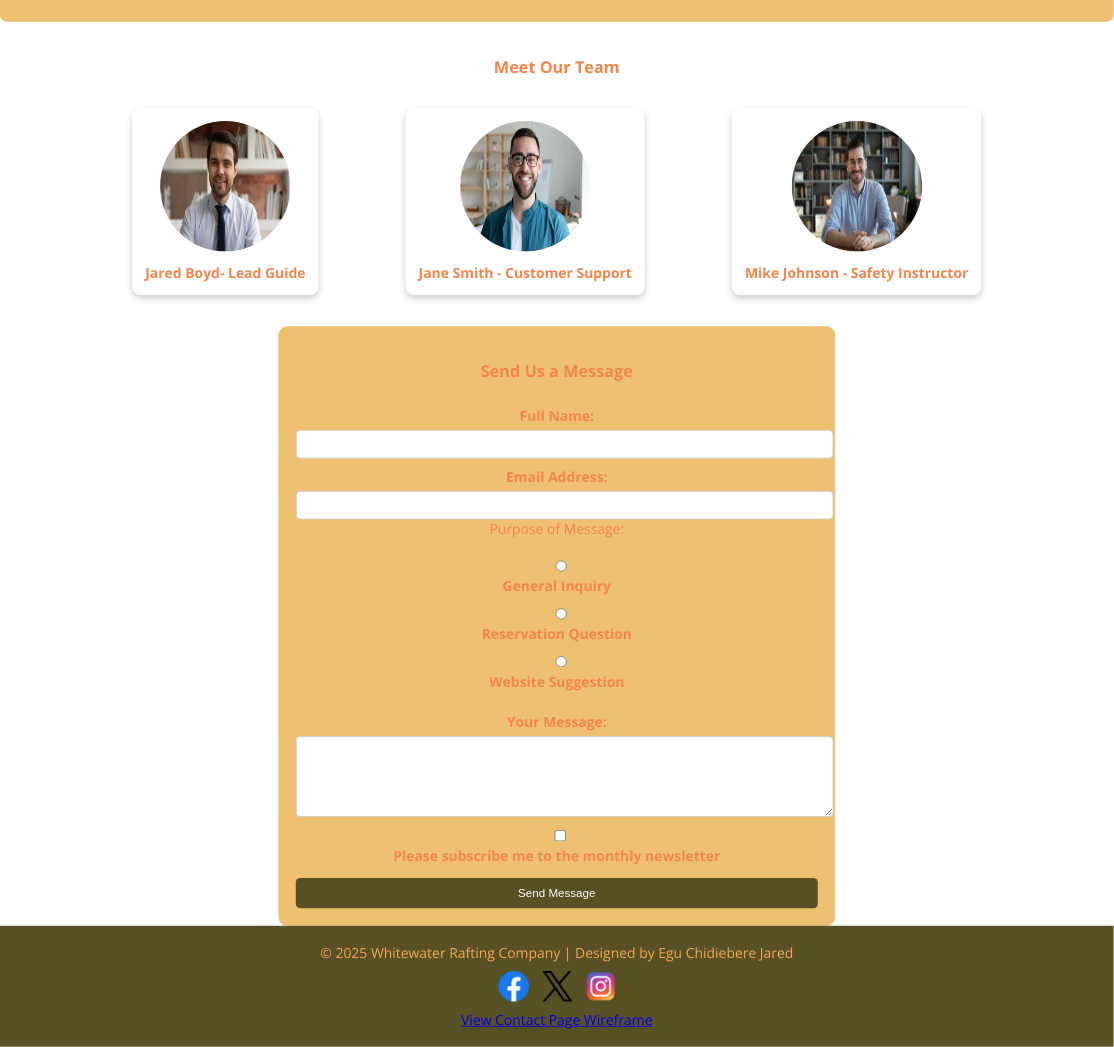
Repository: EguJaredoBoyd/wdd130
Page: wwr/contact.html
These files come from the project's save history. The page is drawn as it stood at one moment and after the next save; the edit follows.
The browser window is 1280 px wide. The pictures show the part of the page from y = 707 to 1960 px (the page is 1910 px tall before and 1960 px after), at 87% of full size.

Above is the page before, as saved 2025-04-03 21:52:15.

After the next save:
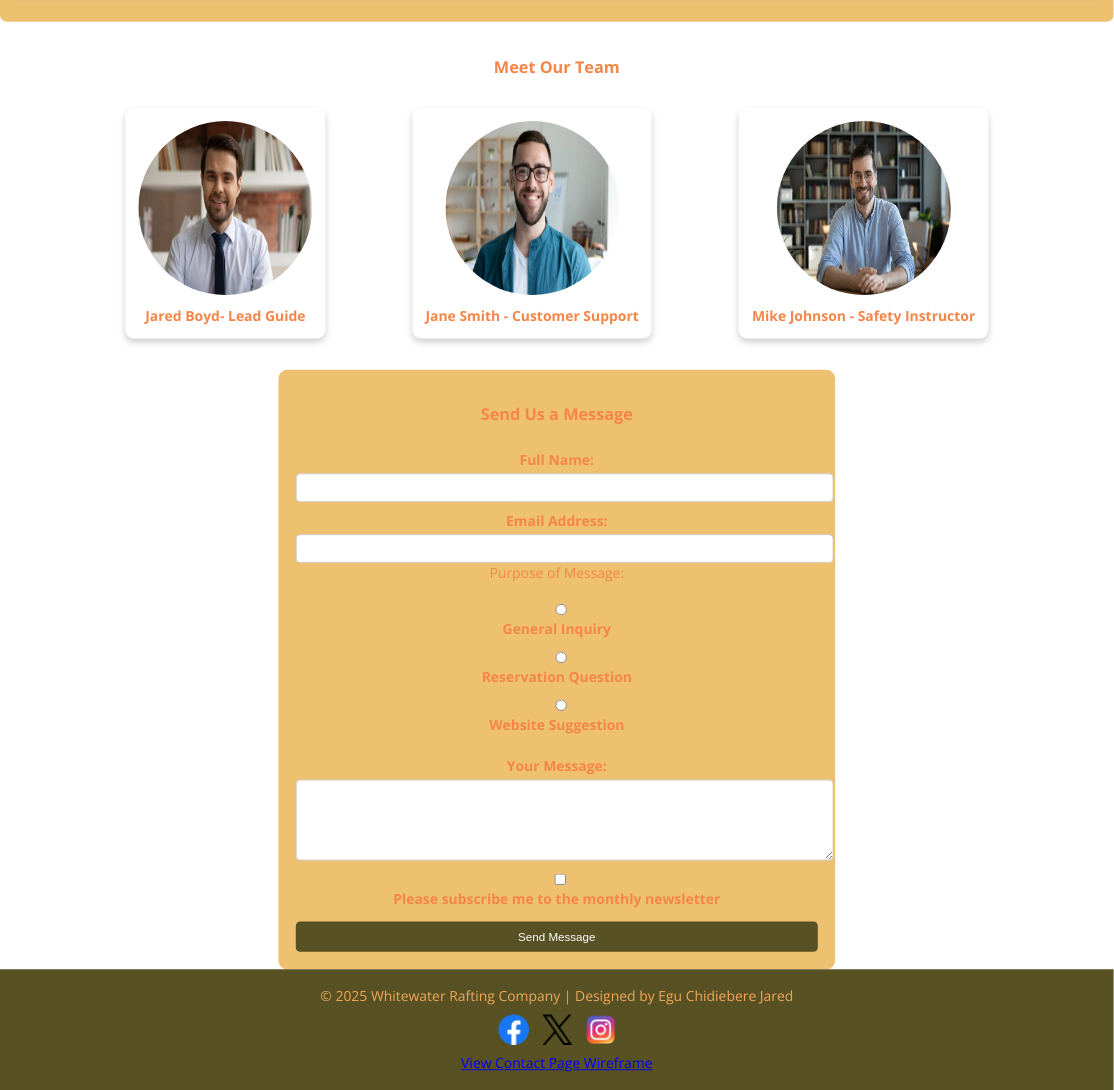
Saved 3 min 21 s later.
--- a/wwr/styles/rafting.css
+++ b/wwr/styles/rafting.css
@@ -174,8 +174,8 @@ figcaption {
 }
 
 .employee-gallery img {
-    width: 150px;
-    height: 150px;
+    width: 200px;
+    height: 200px;
     border-radius: 50%;
 }
 
